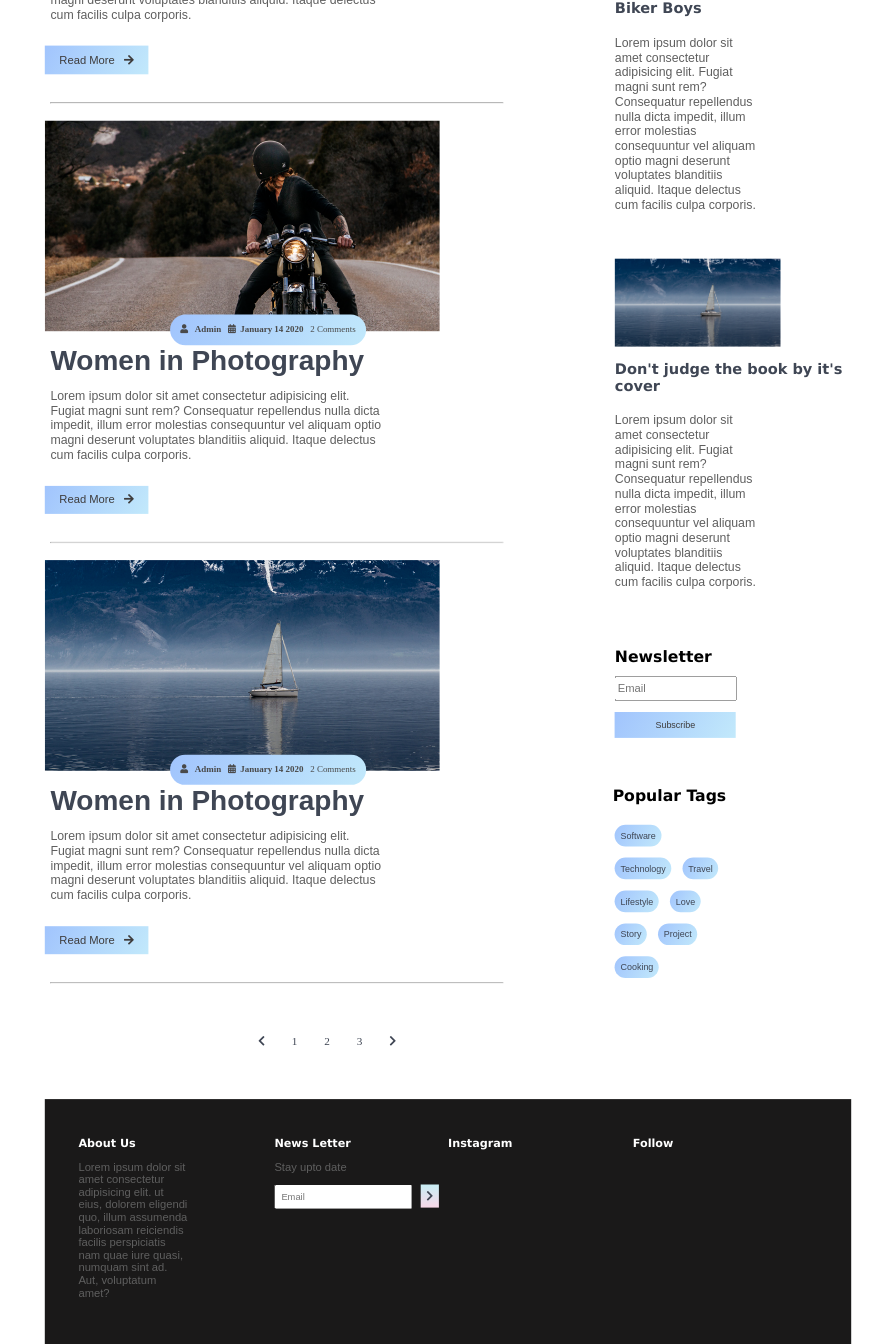
Repository: premjawaharp/Blogsite
Page: index.html
The author's editor kept a copy of each file at every save. The page is drawn from the files as they stood at one save, then again after the next save.
The browser window is 1280 px wide. The pictures show the part of the page from y = 2383 to 4303 px (the page is 4303 px tall before and 4253 px after), at 70% of full size.

Above is the page before, as saved 2020-09-18 15:20:34.

After the next save:
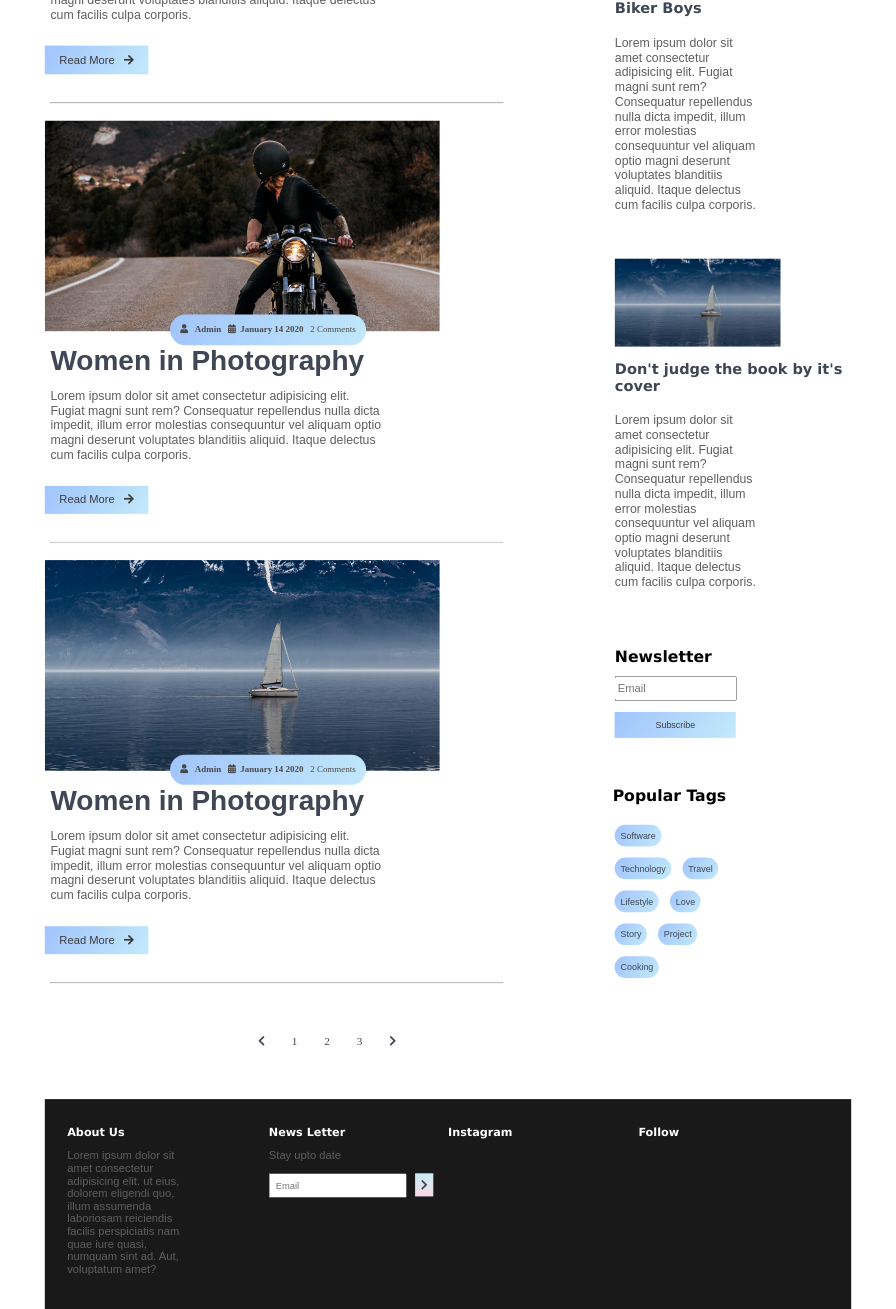
Saved 28 s later.
--- a/css/style.css
+++ b/css/style.css
@@ -481,7 +481,7 @@ main .news-letter .news-form .new-form-btn {
 
 }
 .footer .pad-pad{
-    padding:3rem;
+    padding:2rem;
 }
 .footer .news-inputs span{
     color: var(--text-gray);
